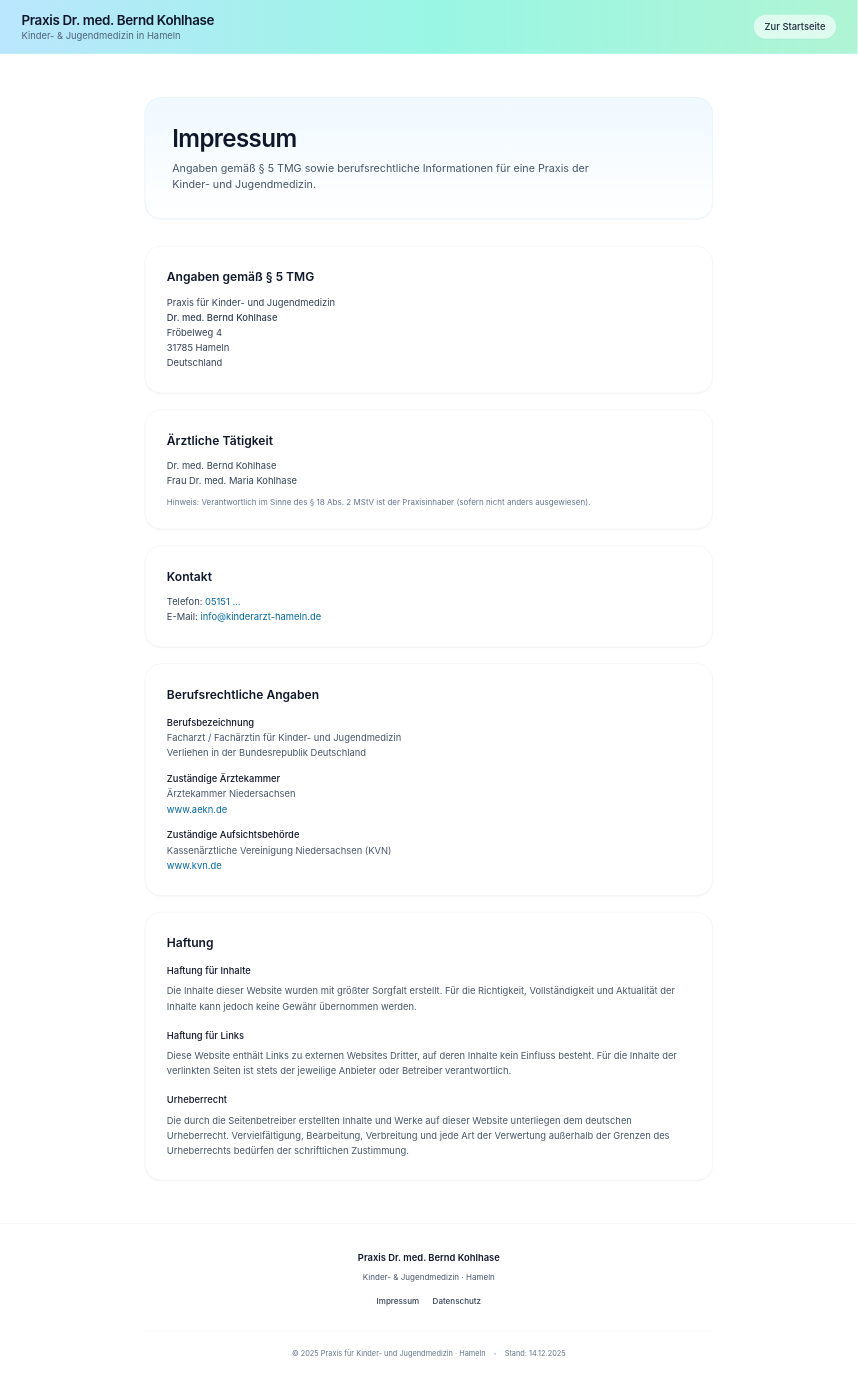
Repository: NikolajMalisch/kinderartz-web
Page: Impressum.html
These files come from the project's save history. The page is drawn as it stood at one moment and after the next save; the edit follows.
The browser window is 1280 px wide. The pictures show the whole page, at 67% of full size.
Some web libraries are served in a nearby version.

Above is the page before, as saved 2025-12-14 18:47:21.

### Impressum.html
<!doctype html>
<html lang="de">

<head>
    <meta charset="UTF-8" />
    <meta name="viewport" content="width=device-width, initial-scale=1" />

    <title>Impressum | Kinder- und Jugendmedizin Hameln</title>
    <meta name="description" content="Impressum der Praxis für Kinder- und Jugendmedizin in Hameln (Fröbelweg 4)." />
    <meta name="robots" content="index,follow" />
    <meta name="theme-color" content="#ffffff" />

    <!-- Tailwind CDN (für MVP ok; in Production besser build/purge) -->
    <script src="https://cdn.tailwindcss.com"></script>

    <style>
        body {
            font-family: Inter, system-ui, -apple-system, BlinkMacSystemFont, "Segoe UI", sans-serif;
        }
    </style>
</head>

<body class="bg-white text-slate-800 antialiased">

    <!-- Header (ohne Logo, clean & premium) -->
    <header
        class="sticky top-0 z-50 bg-gradient-to-r from-sky-200 via-teal-200 to-emerald-200/90 backdrop-blur-xl border-b border-teal-100/70">
        <div class="mx-auto max-w-7xl px-4 sm:px-6 lg:px-8">
            <div class="flex items-center justify-between h-20">

                <!-- Text-Branding -->
                <a href="/" class="flex flex-col leading-tight" aria-label="Startseite">
                    <span class="text-[1.05rem] sm:text-[1.25rem] font-semibold text-slate-900 tracking-tight">
                        Praxis Dr. med. Bernd Kohlhase
                    </span>
                    <span class="text-sm text-slate-700/80">
                        Kinder- &amp; Jugendmedizin in Hameln
                    </span>
                </a>

                <!-- Back -->
                <a href="/" class="inline-flex items-center rounded-full bg-white/60 px-4 py-2 text-sm font-medium text-slate-800 shadow-sm
                        hover:bg-white/80 focus:outline-none focus:ring-2 focus:ring-white/70 transition">
                    Zur Startseite
                </a>
            </div>
        </div>
    </header>

    <!-- Content -->
    <main class="max-w-4xl mx-auto px-6 py-12 md:py-16">
        <!-- Hero Card -->
        <section class="rounded-3xl border border-sky-100 bg-gradient-to-b from-sky-50 to-white p-8 md:p-10 shadow-sm">
            <h1 class="text-3xl md:text-4xl font-semibold tracking-tight text-slate-900">
                Impressum
            </h1>
            <p class="mt-3 text-sm md:text-base text-slate-600 max-w-2xl">
                Angaben gemäß § 5 TMG sowie berufsrechtliche Informationen für eine Praxis der Kinder- und
                Jugendmedizin.
            </p>
        </section>

        <!-- Sections -->
        <section class="mt-10 grid gap-6">
            <!-- Angaben -->
            <div class="rounded-3xl border border-slate-100 bg-white p-7 md:p-8 shadow-sm">
                <h2 class="text-lg font-semibold text-slate-900">
                    Angaben gemäß § 5 TMG
                </h2>
                <p class="mt-3 text-sm leading-relaxed text-slate-700">
                    Praxis für Kinder- und Jugendmedizin<br />
                    <span class="font-medium">Dr. med. Bernd Kohlhase</span><br />
                    Fröbelweg 4<br />
                    31785 Hameln<br />
                    Deutschland
                </p>
            </div>

            <!-- Ärztliche Tätigkeit -->
            <div class="rounded-3xl border border-slate-100 bg-white p-7 md:p-8 shadow-sm">
                <h2 class="text-lg font-semibold text-slate-900">
                    Ärztliche Tätigkeit
                </h2>
                <p class="mt-3 text-sm leading-relaxed text-slate-700">
                    Dr. med. Bernd Kohlhase<br />
                    Frau Dr. med. Maria Kohlhase
                </p>
                <p class="mt-3 text-xs text-slate-500">
                    Hinweis: Verantwortlich im Sinne des § 18 Abs. 2 MStV ist der Praxisinhaber (sofern nicht anders
                    ausgewiesen).
                </p>
            </div>

            <!-- Kontakt -->
            <div class="rounded-3xl border border-slate-100 bg-white p-7 md:p-8 shadow-sm">
                <h2 class="text-lg font-semibold text-slate-900">Kontakt</h2>
                <p class="mt-3 text-sm leading-relaxed text-slate-700">
                    Telefon:
                    <a href="tel:+495151000000" class="text-sky-700 hover:underline">05151 …</a><br />
                    E-Mail:
                    <a href="mailto:info@kinderarzt-hameln.de"
                        class="text-sky-700 hover:underline">info@kinderarzt-hameln.de</a>
                </p>
            </div>

            <!-- Berufsrecht -->
            <div class="rounded-3xl border border-slate-100 bg-white p-7 md:p-8 shadow-sm">
                <h2 class="text-lg font-semibold text-slate-900">
                    Berufsrechtliche Angaben
                </h2>

                <div class="mt-4 space-y-4 text-sm leading-relaxed text-slate-700">
                    <div>
                        <p class="font-medium text-slate-900">Berufsbezeichnung</p>
                        <p class="text-slate-600">
                            Facharzt / Fachärztin für Kinder- und Jugendmedizin<br />
                            Verliehen in der Bundesrepublik Deutschland
                        </p>
                    </div>

                    <div>
                        <p class="font-medium text-slate-900">Zuständige Ärztekammer</p>
                        <p class="text-slate-600">
                            Ärztekammer Niedersachsen<br />
                            <a class="text-sky-700 hover:underline" href="https://www.aekn.de" target="_blank"
                                rel="noopener noreferrer">www.aekn.de</a>
                        </p>
                    </div>

                    <div>
                        <p class="font-medium text-slate-900">Zuständige Aufsichtsbehörde</p>
                        <p class="text-slate-600">
                            Kassenärztliche Vereinigung Niedersachsen (KVN)<br />
                            <a class="text-sky-700 hover:underline" href="https://www.kvn.de" target="_blank"
                                rel="noopener noreferrer">www.kvn.de</a>
                        </p>
                    </div>
                </div>
            </div>

            <!-- Haftung -->
            <div class="rounded-3xl border border-slate-100 bg-white p-7 md:p-8 shadow-sm">
                <h2 class="text-lg font-semibold text-slate-900">Haftung</h2>

                <div class="mt-4 space-y-5 text-sm leading-relaxed text-slate-600">
                    <div>
                        <p class="font-medium text-slate-900">Haftung für Inhalte</p>
                        <p class="mt-2">
                            Die Inhalte dieser Website wurden mit größter Sorgfalt erstellt. Für die Richtigkeit,
                            Vollständigkeit und
                            Aktualität der Inhalte kann jedoch keine Gewähr übernommen werden.
                        </p>
                    </div>

                    <div>
                        <p class="font-medium text-slate-900">Haftung für Links</p>
                        <p class="mt-2">
                            Diese Website enthält Links zu externen Websites Dritter, auf deren Inhalte kein Einfluss
                            besteht. Für die
                            Inhalte der verlinkten Seiten ist stets der jeweilige Anbieter oder Betreiber
                            verantwortlich.
                        </p>
                    </div>

                    <div>
                        <p class="font-medium text-slate-900">Urheberrecht</p>
                        <p class="mt-2">
                            Die durch die Seitenbetreiber erstellten Inhalte und Werke auf dieser Website unterliegen
                            dem deutschen
                            Urheberrecht. Vervielfältigung, Bearbeitung, Verbreitung und jede Art der Verwertung
                            außerhalb der Grenzen
                            des Urheberrechts bedürfen der schriftlichen Zustimmung.
                        </p>
                    </div>
                </div>
            </div>
        </section>
    </main>

    <!-- Footer (ohne Logo, wie "Maria"-Look, zentriert & sauber) -->
    <footer class="border-t border-slate-100 bg-white">
        <div class="max-w-4xl mx-auto px-6 py-10">
            <div class="flex flex-col items-center gap-3 text-center">
                <p class="text-sm font-semibold text-slate-900">Praxis Dr. med. Bernd Kohlhase</p>
                <p class="text-xs text-slate-600">Kinder- &amp; Jugendmedizin · Hameln</p>

                <div class="mt-2 flex items-center justify-center gap-5 text-xs">
                    <a href="/impressum.html"
                        class="font-medium text-slate-700 hover:text-sky-800 transition">Impressum</a>
                    <a href="/datenschutz.html"
                        class="font-medium text-slate-700 hover:text-sky-800 transition">Datenschutz</a>
                </div>

                <div class="mt-6 h-px w-full bg-slate-100"></div>

                <div class="mt-3 text-[11px] text-slate-500">
                    © <span id="year"></span> Praxis für Kinder- und Jugendmedizin · Hameln
                    <span class="mx-2 text-slate-300">•</span>
                    Stand: <span id="date"></span>
                </div>
            </div>
        </div>
    </footer>

    <script>
        const now = new Date();
        document.getElementById("year").textContent = now.getFullYear();
        document.getElementById("date").textContent = now.toLocaleDateString("de-DE");
    </script>
</body>

</html>

After the next save:
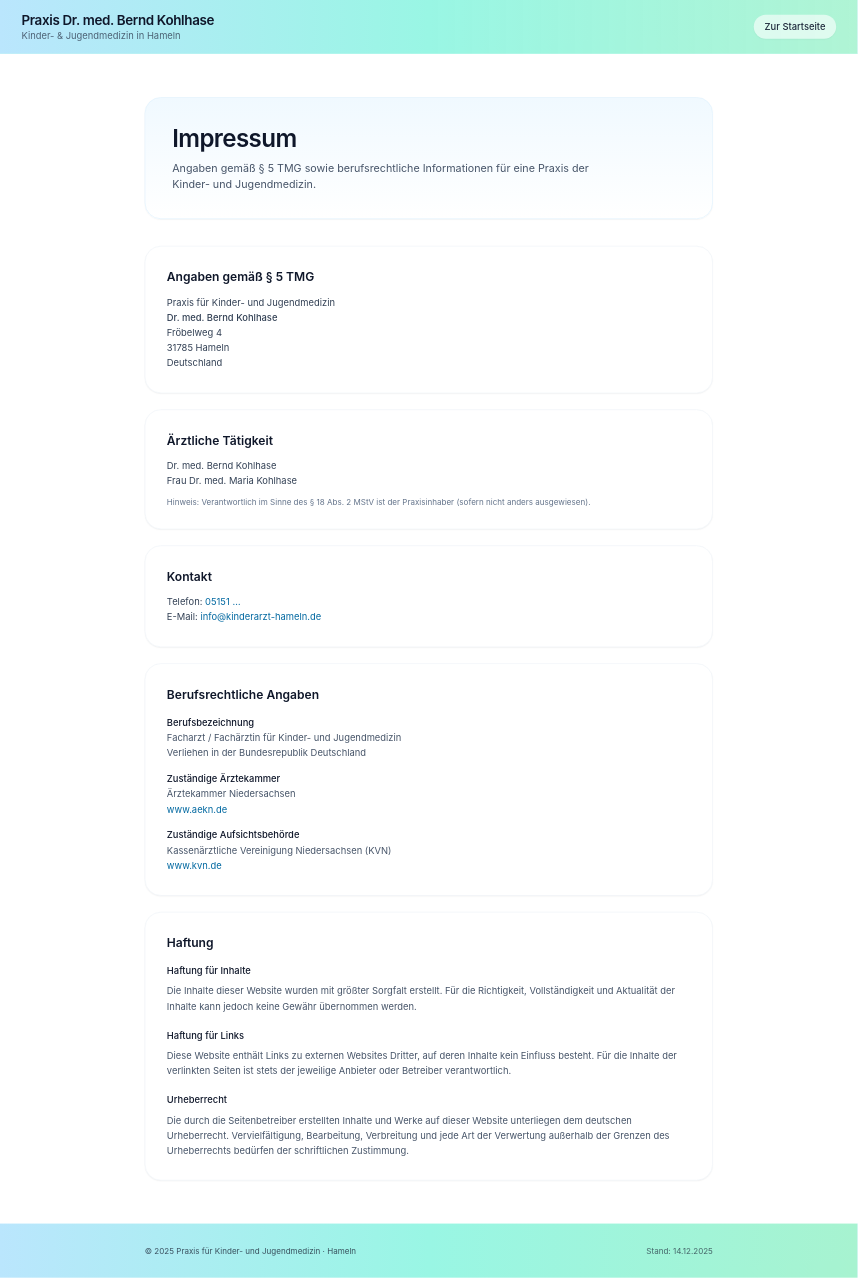
Saved 81 s later.
--- a/Impressum.html
+++ b/Impressum.html
@@ -178,29 +178,19 @@
     </main>
 
     <!-- Footer (ohne Logo, wie "Maria"-Look, zentriert & sauber) -->
-    <footer class="border-t border-slate-100 bg-white">
-        <div class="max-w-4xl mx-auto px-6 py-10">
-            <div class="flex flex-col items-center gap-3 text-center">
-                <p class="text-sm font-semibold text-slate-900">Praxis Dr. med. Bernd Kohlhase</p>
-                <p class="text-xs text-slate-600">Kinder- &amp; Jugendmedizin · Hameln</p>
-
-                <div class="mt-2 flex items-center justify-center gap-5 text-xs">
-                    <a href="/impressum.html"
-                        class="font-medium text-slate-700 hover:text-sky-800 transition">Impressum</a>
-                    <a href="/datenschutz.html"
-                        class="font-medium text-slate-700 hover:text-sky-800 transition">Datenschutz</a>
-                </div>
-
-                <div class="mt-6 h-px w-full bg-slate-100"></div>
-
-                <div class="mt-3 text-[11px] text-slate-500">
-                    © <span id="year"></span> Praxis für Kinder- und Jugendmedizin · Hameln
-                    <span class="mx-2 text-slate-300">•</span>
-                    Stand: <span id="date"></span>
-                </div>
-            </div>
-        </div>
-    </footer>
+<footer class="w-full border-t border-white/50 bg-gradient-to-r from-sky-200 via-teal-200 to-emerald-200">
+  <div class="mx-auto max-w-4xl px-6 py-8">
+    <div class="flex flex-col gap-3 sm:flex-row sm:items-center sm:justify-between text-xs">
+      <p class="text-slate-800/80">
+        © <span id="year"></span> Praxis für Kinder- und Jugendmedizin · Hameln
+      </p>
+      <p class="text-slate-800/70">
+        Stand: <span id="date"></span>
+      </p>
+    </div>
+  </div>
+</footer>
+
 
     <script>
         const now = new Date();
